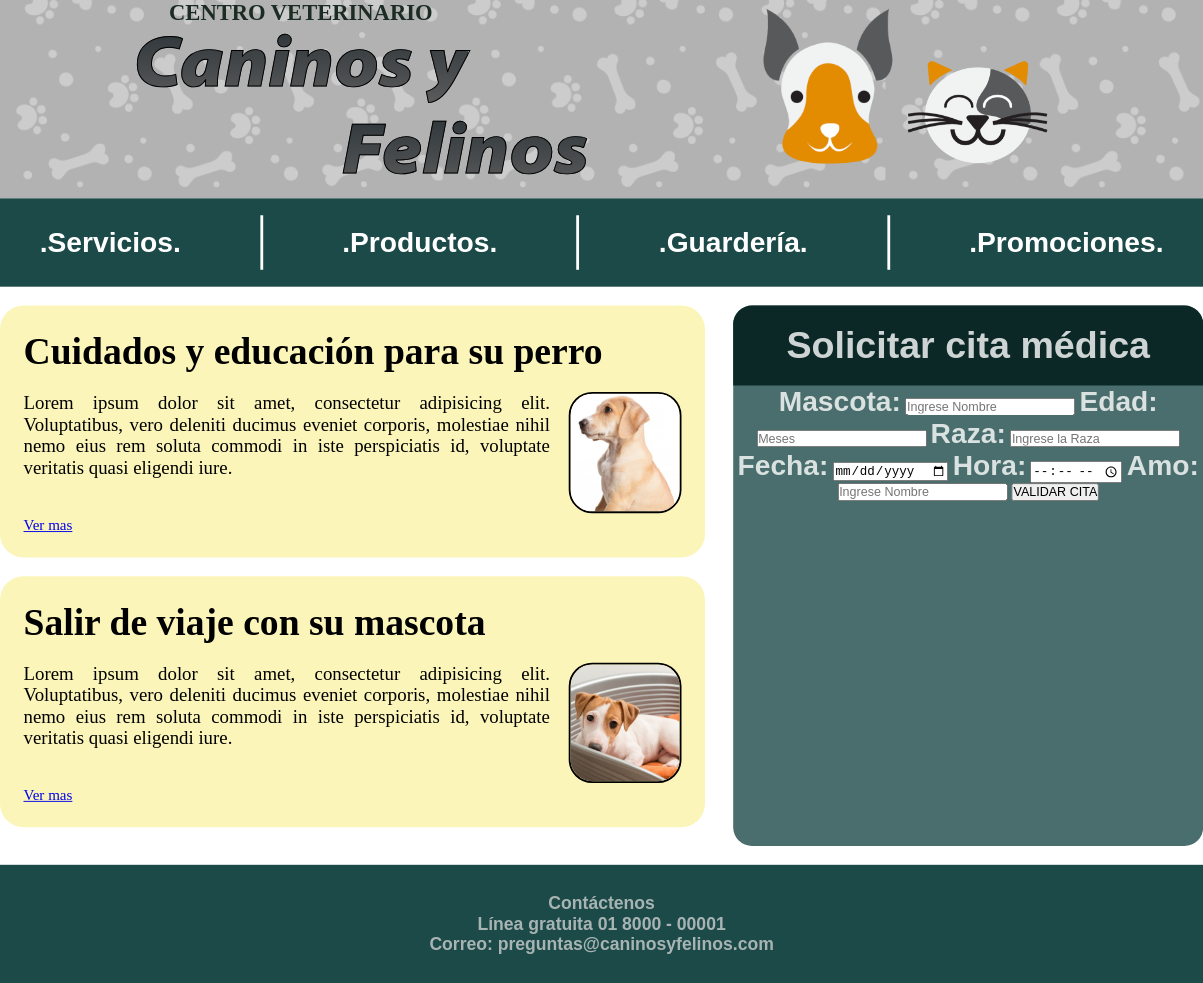
Repository: mariomr87/senaweb01
Page: principal.html
These files come from the project's save history. The page is drawn as it stood at one moment and after the next save; the edit follows.
The browser window is 1280 px wide. The pictures show the whole page, at 94% of full size.

Above is the page before, as saved 2021-10-23 13:20:56.

### principal.html
<!DOCTYPE html>
<html lang="en">
<head>
    <meta charset="UTF-8">
    <meta http-equiv="X-UA-Compatible" content="IE=edge">
    <meta name="viewport" content="width=device-width, initial-scale=1.0">
    <link rel="stylesheet" href="estilos.css">
    <title>Document</title>
</head>
<body>
    <div>
        <header>
            <div id="cabecera">
                <div class="header-text">
                    <h3>CENTRO VETERINARIO</h3>
                    <h1><span id="header-text-degrad">Caninos y <br><span id="text-felinos">Felinos</span></spa></h1>
                </div>
                <div class="header-img">
                    <img src="./imagenes/dog_white.png" alt="">
                    <img src="./imagenes/cat_white.png" alt="">
                </div>
            </div>
        </header>
        <nav>
            <td>
                <tr><a href="">.Servicios.</a><span class="linea"></span></tr>
                <tr><a href="">.Productos.</a><span class="linea"></span></tr>
                <tr><a href="">.Guardería.</a><span class="linea"></span></tr>
                <tr><a href="">.Promociones.</a></tr>
            </td>
        </nav>
        <div class="centro-pag">
            <section>
                <article>
                    <h2>Cuidados y educación para su perro</h2>
                    <div class="centropag-texto">
                        <p>Lorem ipsum dolor sit amet, consectetur adipisicing elit. Voluptatibus, vero deleniti ducimus eveniet corporis, molestiae nihil nemo eius rem soluta commodi in iste perspiciatis id, voluptate veritatis quasi eligendi iure.</p>
                        <div><img src="./imagenes/perro1.png" alt=""></div>
                    </div>
                    <a href="#">Ver mas</a>
                </article>
                <article>
                    <h2>Salir de viaje con su mascota</h2>
                    <div class="centropag-texto">
                        <p>Lorem ipsum dolor sit amet, consectetur adipisicing elit. Voluptatibus, vero deleniti ducimus eveniet corporis, molestiae nihil nemo eius rem soluta commodi in iste perspiciatis id, voluptate veritatis quasi eligendi iure.</p>
                        <div><img src="./imagenes/perro2.png" alt=""></div>
                    </div>
                    <a href="#">Ver mas</a>
                </article>
            </section>
            <aside>
                <form action="">
                    <div><h2>Solicitar cita médica</h2></div>
                    <div class="cuestionario">
                        <label for="mascota_name">Mascota:</label>
                        <input type="text" placeholder="Ingrese Nombre" id="">

                        <label for="age_pet">Edad:</label>
                        <input type="number" name="" id="" placeholder="Meses">

                        <label for="raza_pet">Raza:</label>
                        <input type="text" name="" id="" placeholder="Ingrese la Raza">

                        <label for="fecha_ingreso_pet">Fecha:</label>
                        <input type="date" name="" id="">

                        <label for="hora_ingreso_pet">Hora:</label>
                        <input type="time" name="" id="">

                        <label for="amo_pet">Amo:</label>
                        <input type="text" name="" id="" placeholder="Ingrese Nombre">

                        <button type="submit">VALIDAR CITA</button>
                    </div>
                </form>
            </aside>
        </div>
        <footer>
            <h3>Contáctenos</h3>
            <h3>Línea gratuita 01 8000 - 00001</h3>
            <h3>Correo: preguntas@caninosyfelinos.com</h3>
        </footer>
    </div>
</body>
</html>

### estilos.css
*{
    margin: 0px;
    padding: 0px;
    box-sizing:border-box;
}

@font-face {
    font-family: Myriad_Pro ;
    src: url(./extra/MyriadProBlackSemiExtendedItalic.otf);
}

h1{
    font-family: Myriad_pro;
}

header div img{
    width: 10em;
}

#cabecera{
    background-image: url("./imagenes/fondo.png");
    background-repeat: initial;
    width: 100%;
    display: flex;
    text-align: center;
}

.header-text,.header-img{
    width:50%;
}

.header-text h3{
    font-size: 1.5em;
    color:#1c2c24;
}

.header-text h1{
    font-size: 4.8em;
}

#header-text-degrad{
    background: linear-gradient(#30373b,#5c5c5c);
    -webkit-background-clip: text;
    -webkit-text-fill-color: transparent;
    -webkit-text-stroke: 1px black;
}

#text-felinos{
    margin-left: 350px;
}

nav{
    display: flex;
    flex-direction: row;
    justify-content: space-around;
    background: #1c4a48;
    margin-bottom: 20px;
}

nav a{
    color: #fff;
    font-weight: bold;
    text-decoration: none;
    font-size: 30px;
    font-family: Arial, Helvetica, sans-serif;
    padding: 30px 0;
}

.linea{
    border-right: 3px solid #fff;
    margin: 18px 0;
}

.centro-pag{
    display: flex;
}

.centropag-texto{
    display: flex;
    padding-top: 20px;
}

section{
    width: 60%;
    margin-right: 30px;
}

article{
    background: #fbf5ba;
    margin-bottom: 20px;
    padding: 25px;
    border-radius: 25px;
}

article h2{
    font-size: 40px;
}

article p{
    font-size: 20px;
    text-align: justify;
    padding-right: 20px;
}

article div img {
    width: 120px;
    border: 2px solid black;
    border-radius: 25px;
}

form  div h2{
    background:#0b2826 ;
    border-radius: 20px 20px 0 0;
    color: #ced4d4;
    font-size: 40px;
    padding: 20px 0;
}

aside{
    font-family: Arial, Helvetica, sans-serif;
    background: #496e6d;
    width: 40%;
    border-radius: 20px;
    text-align: center;
}

.cuestionario{
    /* position: relative; */
}

form label{

    font-weight:bold;
    font-size: 30px;
    color: #dae1e1 ;
}

footer{
    text-align: center;
    background: #1c4a48;
    color: #a8b4b3;
    padding: 30px 0;
    font-family: Arial, Helvetica, sans-serif;
    margin-top: 20px;
}

After the next save:
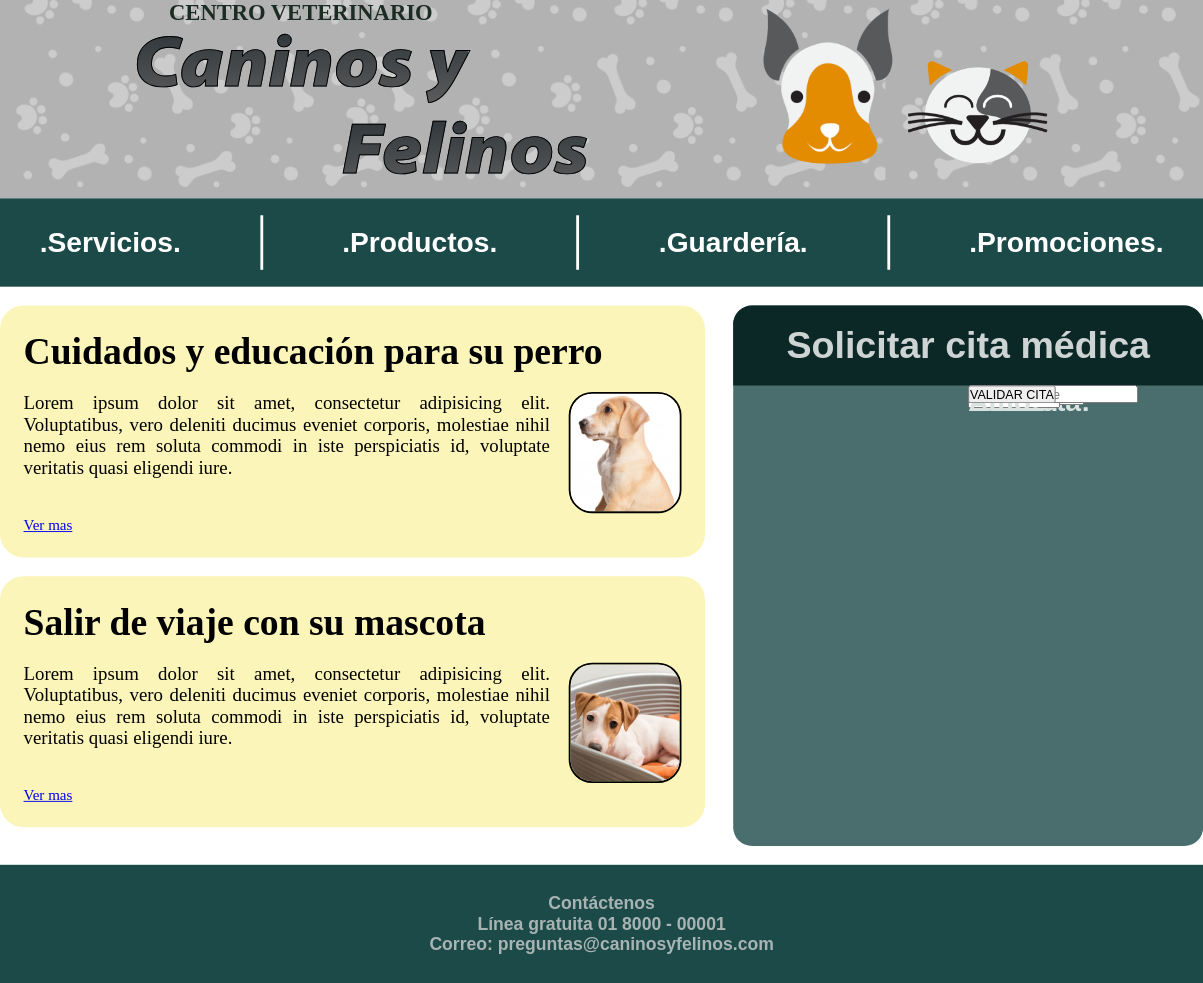
Saved 27 s later.
--- a/estilos.css
+++ b/estilos.css
@@ -128,6 +128,10 @@
     /* position: relative; */
 }
 
+*.cuestionario *{
+    position: absolute;
+}
+
 form label{
 
     font-weight:bold;

After the 2 saves that followed:
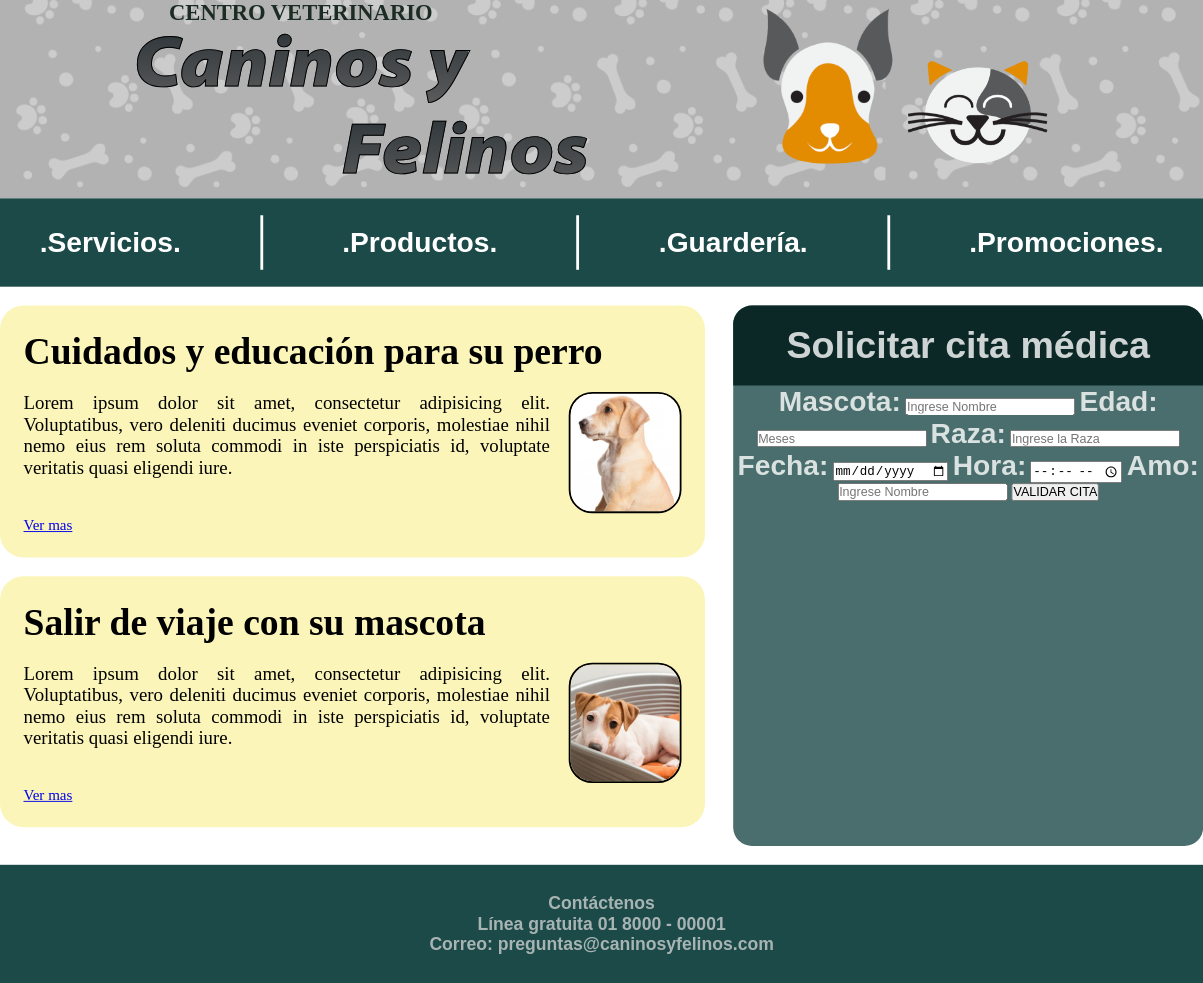
The 2 saves are shown as one change because 1 left the picture as it was.
The last was saved 9 s later.
--- a/estilos.css
+++ b/estilos.css
@@ -125,11 +125,11 @@
 }
 
 .cuestionario{
-    /* position: relative; */
+    position: relative;
 }
 
 *.cuestionario *{
-    position: absolute;
+    /* position: absolute; */
 }
 
 form label{
